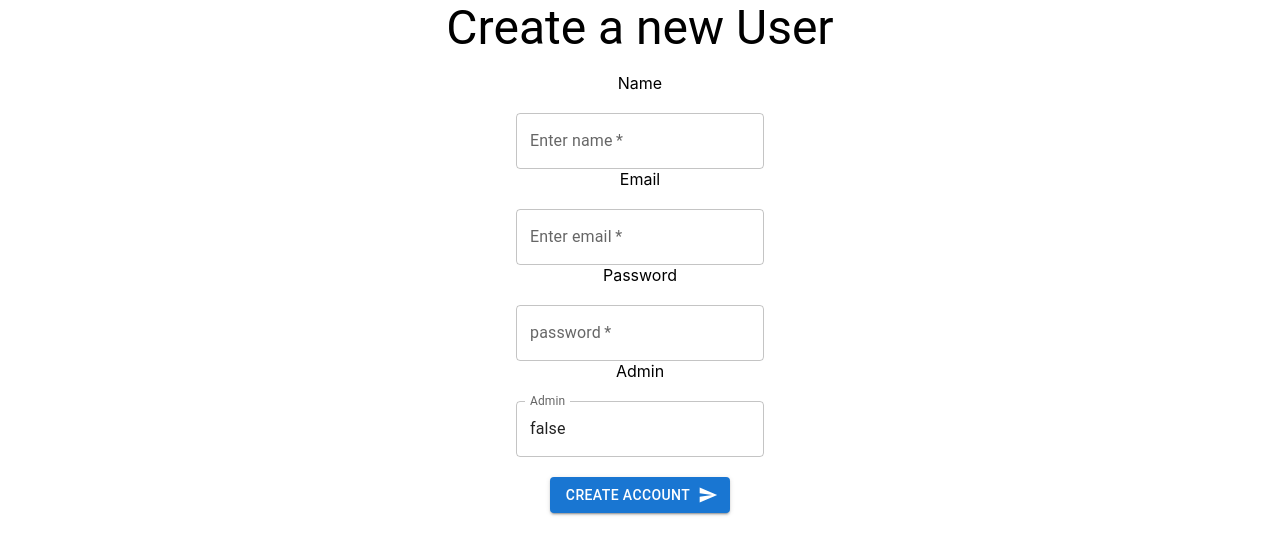
Repository: nj10deadend/RESTAPI-node-with-mongoDB
Page: / (app in client/frontend/)
The author's editor kept a copy of each file at every save. The page is drawn from the files as they stood at one save, then again after the next save.
The browser window is 1280 px wide. The pictures show the whole page.
The project was rebuilt for these pictures with package versions that can differ from the ones it lists, and the page was loaded fresh each time. Also part of the build but not shown: client/frontend/src/components/BugTableCell.js, client/frontend/src/components/BugTable.js.

Above is the page before, as saved 2021-12-31 14:31:56.

### client/frontend/src/index.css
body {
  margin: 0;
  font-family: -apple-system, BlinkMacSystemFont, 'Segoe UI', 'Roboto', 'Oxygen',
    'Ubuntu', 'Cantarell', 'Fira Sans', 'Droid Sans', 'Helvetica Neue',
    sans-serif;
  -webkit-font-smoothing: antialiased;
  -moz-osx-font-smoothing: grayscale;
}

code {
  font-family: source-code-pro, Menlo, Monaco, Consolas, 'Courier New',
    monospace;
}

.signup {
  border-color: lightblue;
  /* border-style: outset; */
}

### client/frontend/src/App.js
import './App.css';
import { BrowserRouter } from 'react-router-dom';
import { Routes, Route } from 'react-router-dom';
import axios from 'axios';
import Signup from './components/Signup';
import BugTable from './components/BugTable';

function App() {
  return (
    <div className="App">
      <BrowserRouter>
        <Routes>
          <Route path="*" element={<Signup />} />
          <Route path="/bug-table" element={<BugTable />} />
        </Routes>
      </BrowserRouter>
    </div>
  );
}

export default App;

### client/frontend/src/components/Signup.js
import {useState} from 'react';
import { useNavigate } from 'react-router';
import { Routes, Route } from 'react-router-dom';
import Button from '@mui/material/Button';
import SendIcon from '@material-ui/icons/Send';
import TextField from '@mui/material/TextField';
import Typography from '@mui/material/Typography';
import Box from '@mui/material/Box';
import axios from 'axios';
import BugTable from './BugTable';

function Signup () {

    const [name, setName] = useState("");
    const [email, setEmail] = useState("");
    const [password, setPassword] = useState("");
    const [admin, setAdmin] = useState(false);

    const userFormData = {name: name, email: email, password: password, admin: admin};

    const navigate = useNavigate();

    async function postRequest() {
        return await axios.post('http://localhost:8080/users', {
            name: name,
            password: password,
            email: email,
            admin: admin
        })
        .then(function (response) {
            console.log(response);
            return response.data;
        })
        .catch(function (error) {
            console.log(error);
            return null;
        });
    }
    async function onSubmit(event) {
        event.preventDefault();
        setName("");
        setPassword("");
        setEmail("");
        await postRequest();
        navigate('/bug-table')
    }

    return (
        <Box className="signup">
            <Typography variant="h3" component="h2" gutterBottom>Create a new User</Typography>
            <form onSubmit={onSubmit}>
                <Box>
                    <label for="name">Name</label>
                    <br></br>
                    <br></br>
                    <TextField required id="outlined-basic1" label="Enter name"
                    variant="outlined"
                    onChange={(event) => {setName(event.target.value)}}
                    value = {name}
                    />
                </Box>
                <Box>
                    <label for="email">Email</label>
                    <br></br>
                    <br></br>
                    <TextField required id="outlined-basic2" label="Enter email"
                    variant="outlined"
                    onChange={(event) => {setEmail(event.target.value)}}
                    value = {email}
                    />

                </Box>
                <Box>
                    <label for="password">Password</label>
                    <br></br>
                    <br></br>
                    <TextField required id="outlined-password-input" label="password" type="password"
                    variant="outlined"
                    onChange={(event) => {setPassword(event.target.value)}}
                    value = {password}
                    />
                </Box>

                <Box>
                    <label for="admin">Admin</label>
                    <br></br>
                    <br></br>
                    <TextField id="outlined-read-only-input" label="Admin"
                    defaultValue= {false}
                    InputProps={{
                      readOnly: true,
                    }}
                    value = {admin}
                    />
                </Box>
                <br></br>
                <Button variant="contained" endIcon={<SendIcon />} type="submit">Create account</Button>
            </form>

            <Routes>
                <Route path="/bug-table" element={<BugTable userFormData={userFormData}/>} />
            </Routes>

        </Box>
    )
}

export default Signup;

Loaded but not shown: client/frontend/public/index.html (common file); client/frontend/src/index.js (common file); client/frontend/src/reportWebVitals.js (common file); client/frontend/src/App.css (common file)

After the next save:
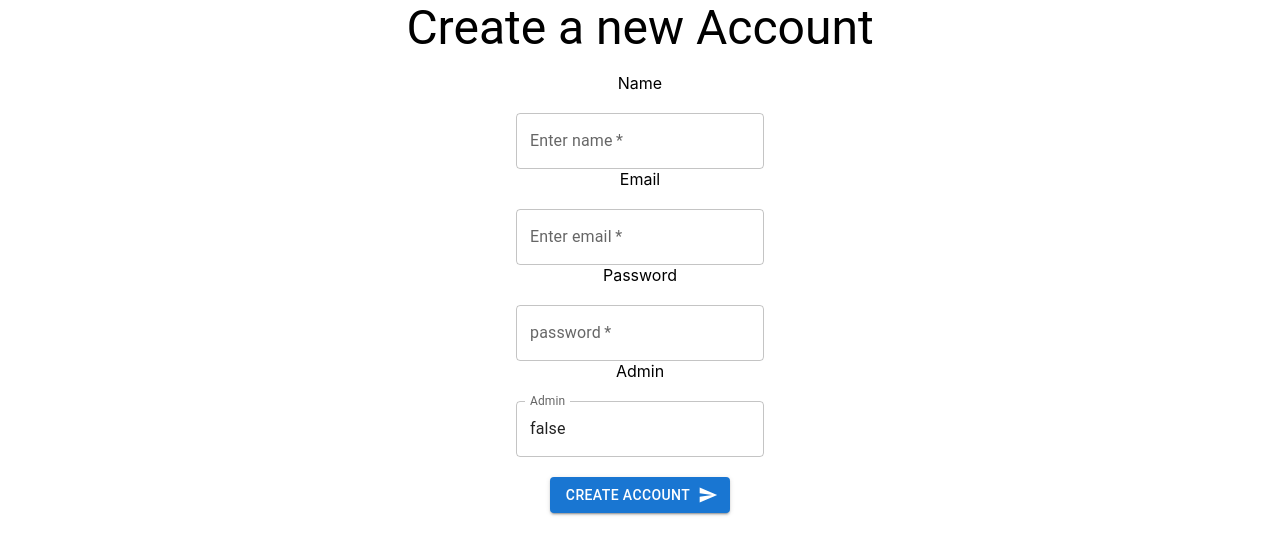
Saved 83 s later.
--- a/client/frontend/src/components/Signup.js
+++ b/client/frontend/src/components/Signup.js
@@ -47,7 +47,7 @@ function Signup () {
 
     return (
         <Box className="signup">
-            <Typography variant="h3" component="h2" gutterBottom>Create a new User</Typography>
+            <Typography variant="h3" component="h2" gutterBottom>Create a new Account</Typography>
             <form onSubmit={onSubmit}>
                 <Box>
                     <label for="name">Name</label>
